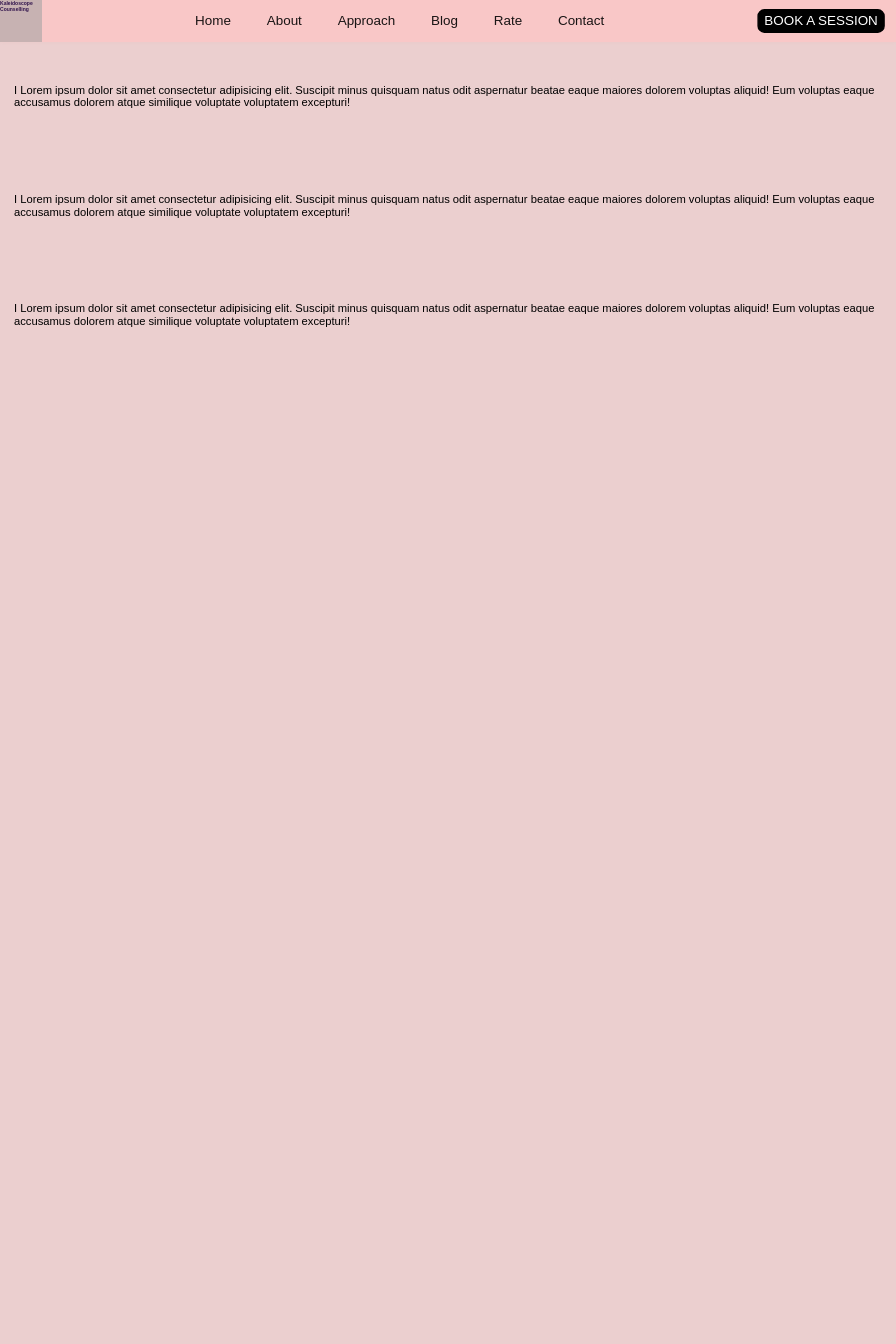
Repository: voutadi/ava-website
Page: index.html
The author's editor kept a copy of each file at every save. The page is drawn from the files as they stood at one save, then again after the next save.
The browser window is 1280 px wide. The pictures show the part of the page from y = 0 to 1920 px (the page is 3120 px tall before and 3000 px after), at 70% of full size.

Above is the page before, as saved 2024-07-04 02:16:29.

After the next save:
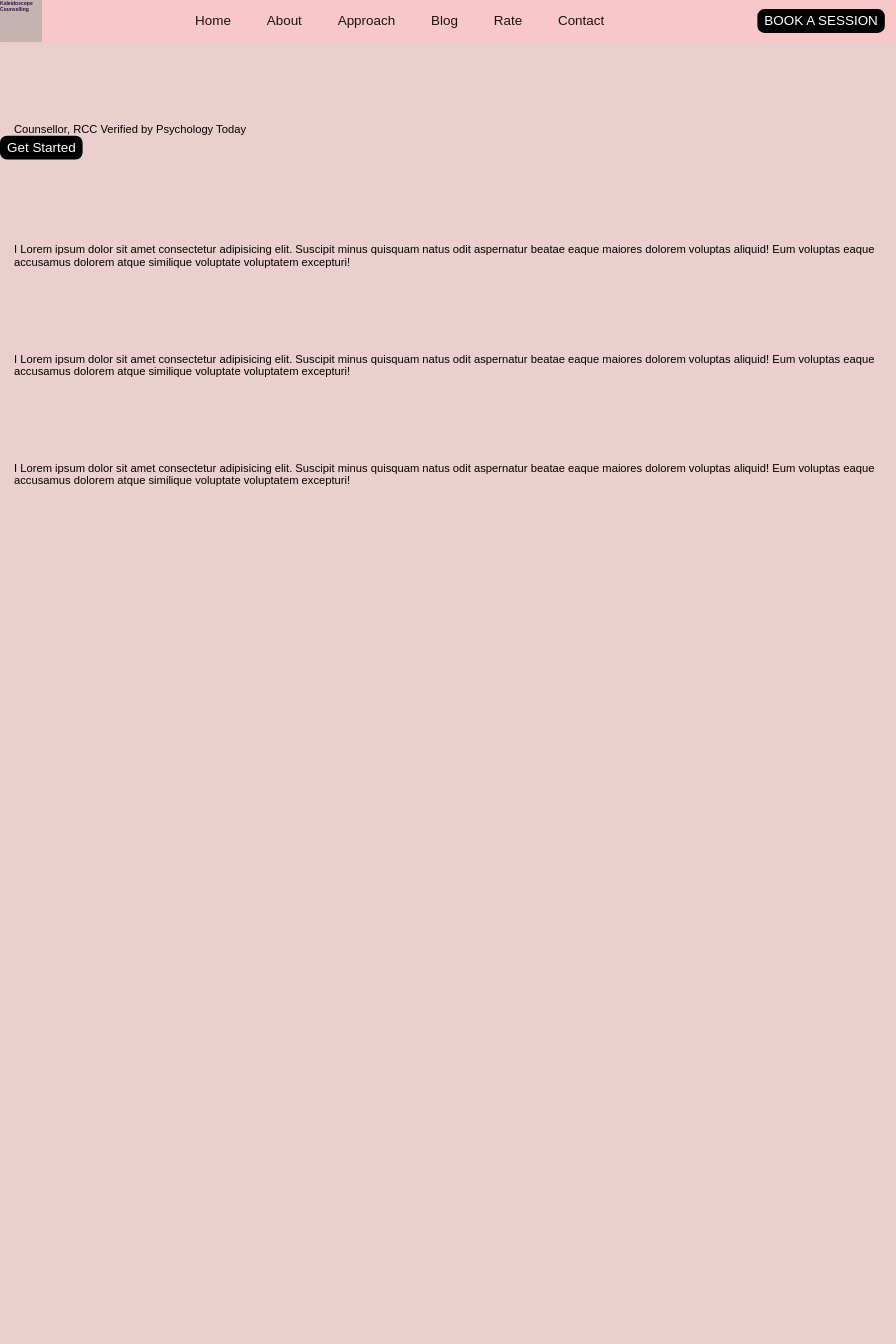
Saved 59 s later.
--- a/index.html
+++ b/index.html
@@ -28,7 +28,14 @@
       <button>BOOK A SESSION</button>
     </header>
 
-
+     <main>
+        <section class="intro">
+            <h1>I'm passionate about supporting young adults and adults experiencing anxiety, depression, trauma, substance misuse, and life transitions</h1>
+            <p>Counsellor, RCC
+Verified by Psychology Today</p>
+            <button class="get-started">Get Started</button>
+        </section>
+    </main>
 
     <p>
       I Lorem ipsum dolor sit amet consectetur adipisicing elit. Suscipit minus

After the save that followed:
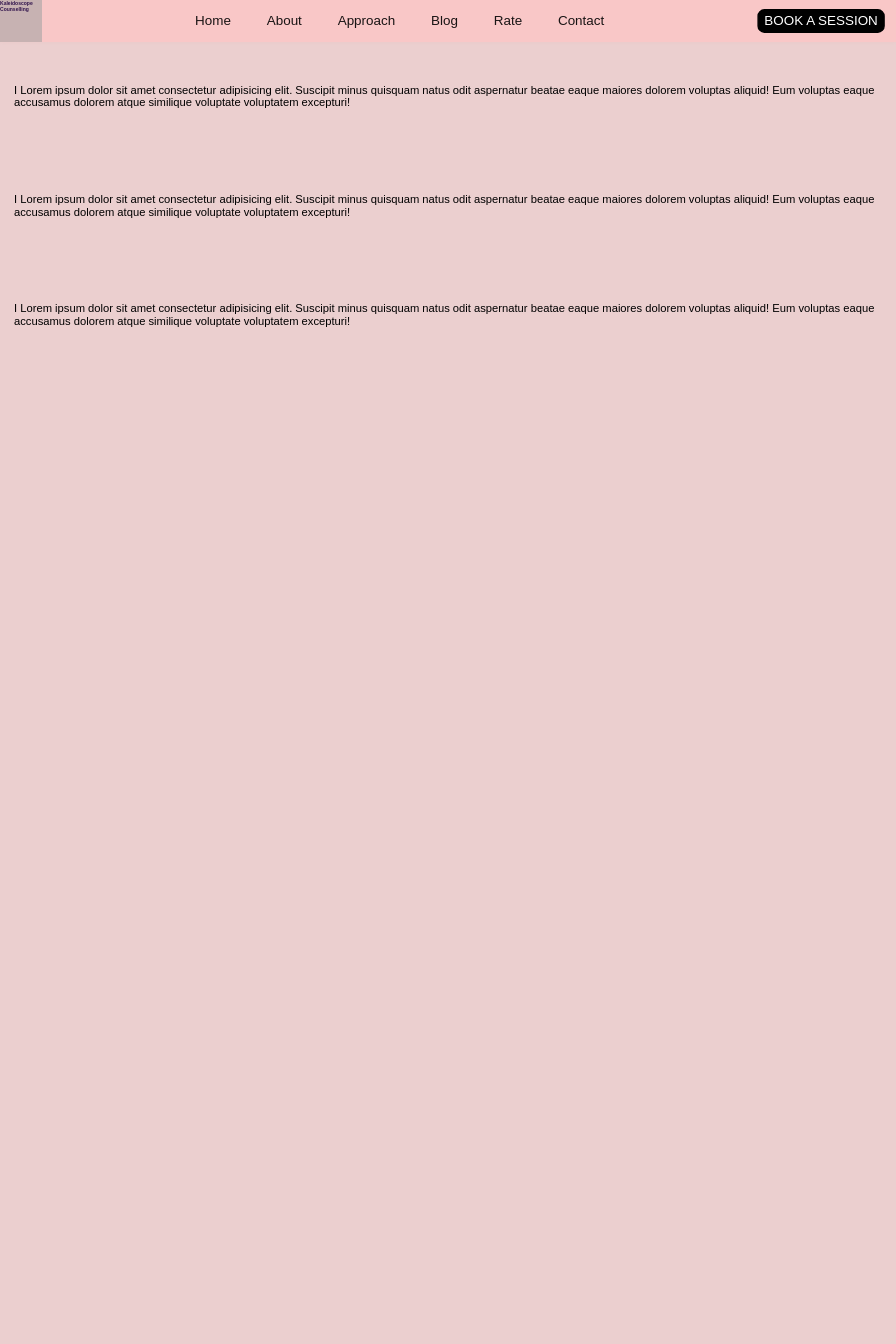
Saved 69 s later.
--- a/index.html
+++ b/index.html
@@ -28,14 +28,7 @@
       <button>BOOK A SESSION</button>
     </header>
 
-     <main>
-        <section class="intro">
-            <h1>I'm passionate about supporting young adults and adults experiencing anxiety, depression, trauma, substance misuse, and life transitions</h1>
-            <p>Counsellor, RCC
-Verified by Psychology Today</p>
-            <button class="get-started">Get Started</button>
-        </section>
-    </main>
+
 
     <p>
       I Lorem ipsum dolor sit amet consectetur adipisicing elit. Suscipit minus
